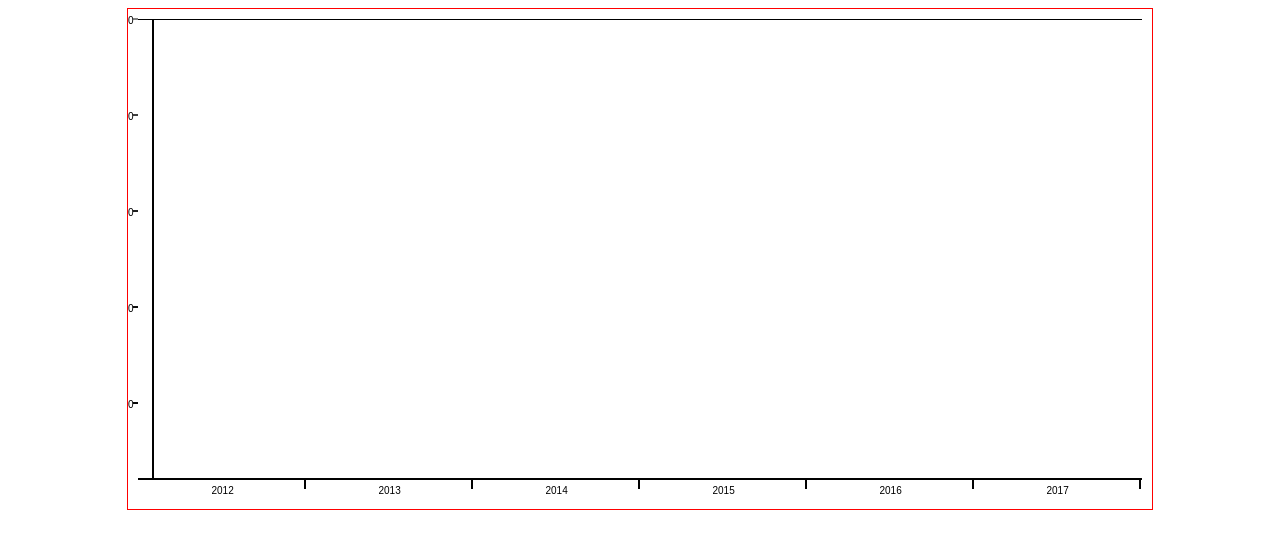
Repository: cw19931024/Demo
Page: canvas.html
These files come from the project's save history. The page is drawn as it stood at one moment and after the next save; the edit follows.
The browser window is 1280 px wide. The pictures show the whole page.

Above is the page before, as saved 2017-07-27 15:06:06.

### canvas.html
<!DOCTYPE html>
<html lang="en">

<head>
    <title></title>
    <meta charset="UTF-8">
    <meta name="viewport" context="width=device-width, initial-scale=1">
    <style>
        canvas {
            margin: 0 auto;
            border: 1px solid red;
            width: 1024px;
            height: 500px;
        }

        .tac {
            text-align: center;
        }
    </style>
</head>

<body>
    <div class="tac">
        <canvas id="canvas" width="1024" height="500"></canvas>
    </div>
</body>
<script>
    var data = [
            {xAxis:'2012',value:2141},
            {xAxis:'2013',value:1499},
            {xAxis:'2014',value:3260},
            {xAxis:'2015',value:1170},
            {xAxis:'2016',value:970},
            {xAxis:'2017',value:2350}
        ]
    var canvas = document.getElementById('canvas');
    var context = canvas.getContext('2d');
    var width = canvas.width;
    var height = canvas.height;
    var padding = 10;
    var yNumber = 5;                                                // y轴的段数
    var yLength = Math.floor((height - padding * 2) / yNumber);     // y轴每段的真实长度
    var xLength = Math.floor((width - padding * 2) / data.length);  // x轴每段的真实长度

    context.beginPath();
    Edit('moveTo',[padding + 15, height - padding - 20]);
    Edit('lineTo',[padding + 15,padding + 0.5]);
    Edit('moveTo',[padding,height-padding-20]);
    Edit('lineTo',[width-padding-0.5,height-padding-20]);
    Edit('moveTo',[padding,padding + 0.5]);
    Edit('lineTo',[width - padding - 0.5,padding + 0.5]);
    context.stroke();

    for(var i=0;i<data.length;i++){
        var xAxis = data[i].xAxis;
        var xlen = xLength * (i + 1);
        context.moveTo(padding + xlen, height-30);
        context.lineTo(padding + xlen, height-20);
        context.stroke();                                       // 画轴线上的刻度
        context.fillText(xAxis,(padding + xlen - xLength / 2)-10, height - padding-5);   // 填充文字
    }

    // y轴刻度和值
    var yFictitious = 0;
    for (var i = 0; i < yNumber; i++) {
        var y = yFictitious * (i + 1);
        var ylen = yLength * (i + 1);
        context.moveTo(padding, height - padding - ylen);
        context.lineTo(padding - 5, height - padding - ylen);
        context.stroke();
        context.fillText(y, padding - 10, height - padding - ylen + 5);
    }

    function Edit(type,data){
       if(data.length==2){
           return context[type](data[0],data[1])
       }else{
           return context[type](data[0],data[1],data[2],data[3],data[4],data[5])
       }
    }


</script>

</html>

After the next save:
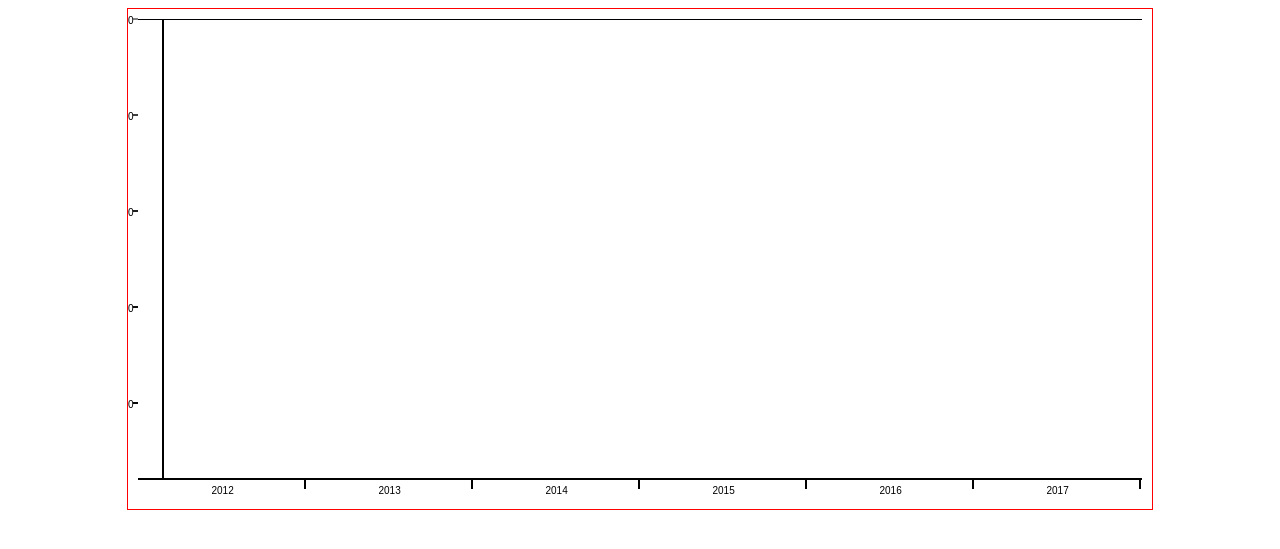
Saved 11 s later.
--- a/canvas.html
+++ b/canvas.html
@@ -43,8 +43,8 @@
     var xLength = Math.floor((width - padding * 2) / data.length);  // x轴每段的真实长度
 
     context.beginPath();
-    Edit('moveTo',[padding + 15, height - padding - 20]);
-    Edit('lineTo',[padding + 15,padding + 0.5]);
+    Edit('moveTo',[padding + 25, height - padding - 20]);
+    Edit('lineTo',[padding + 25,padding + 0.5]);
     Edit('moveTo',[padding,height-padding-20]);
     Edit('lineTo',[width-padding-0.5,height-padding-20]);
     Edit('moveTo',[padding,padding + 0.5]);
